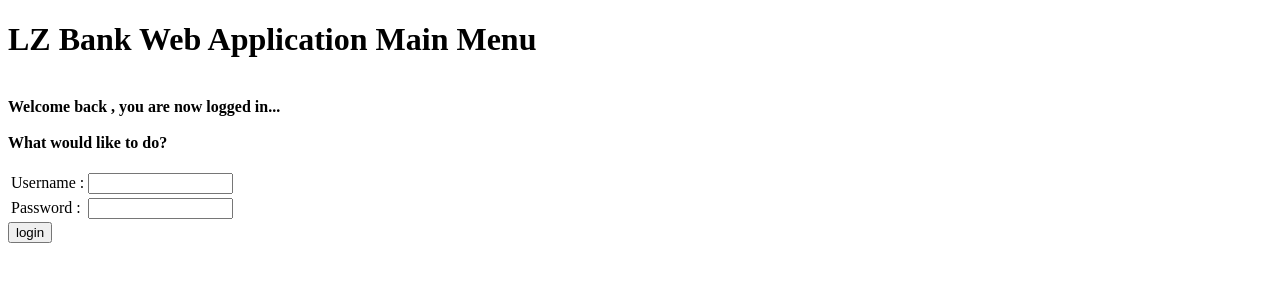
Repository: kingron98/SoftEng-Bank-Web-Application-
Page: http://localhost/SE3_BankWebApp/updateProfile.jsp
The author's editor kept a copy of each file at every save. The page is drawn from the files as they stood at one save, then again after the next save.
The browser window is 1280 px wide. The pictures show the whole page.
The page is served by Tomcat 9.

Above is the page before, as saved 2020-12-11 21:00:53.

After the next save:
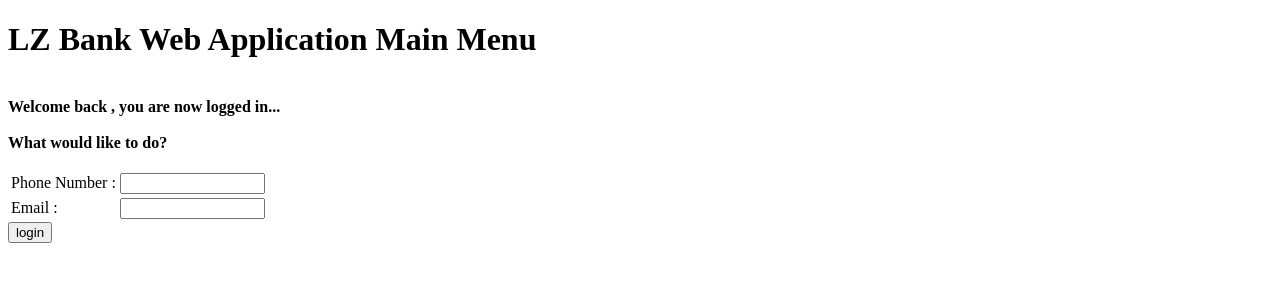
Saved 17 s later.
--- a/SE3 Bank App/Java/Workspace/SE3_BankWebApp/WebContent/updateProfile.jsp
+++ b/SE3 Bank App/Java/Workspace/SE3_BankWebApp/WebContent/updateProfile.jsp
@@ -26,10 +26,10 @@
 	<form action="FrontController" method="post">
                 <table>
                     <tr>
-                        <td> Username  : </td><td> <input name="username" size=15 type="text" /> </td>
+                        <td> Phone Number  : </td><td> <input name="username" size=15 type="text" /> </td>
                     </tr>
                     <tr>
-                        <td> Password  : </td><td> <input name="password" size=15 type="password" /> </td>
+                        <td> Email  : </td><td> <input name="password" size=15 type="password" /> </td>
                     </tr>
                 </table>
 
